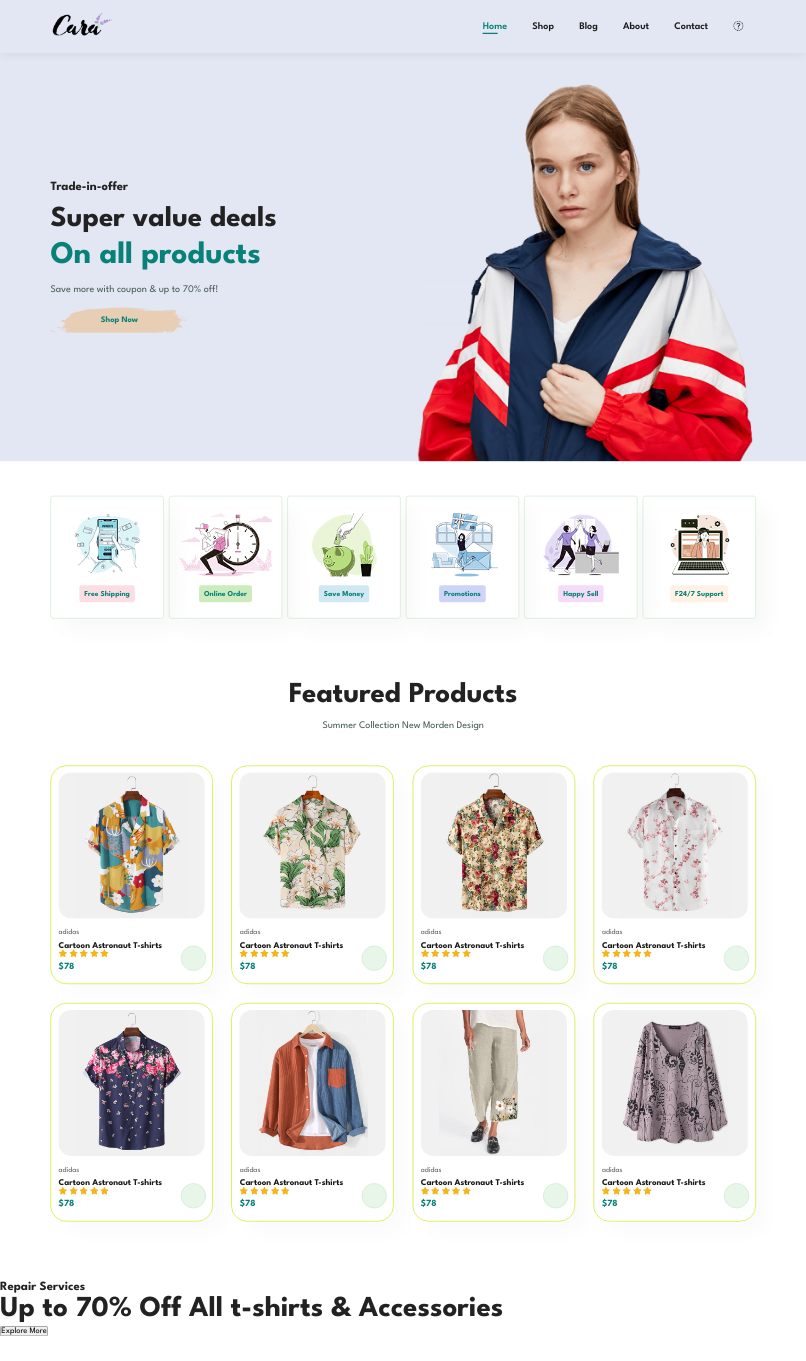
Repository: quy261001/cara
Page: index.html
An editor plug-in stored every save of this project. The page is shown before and after the next save, followed by the edit.
The browser window is 1280 px wide. The pictures show the whole page, at 63% of full size.

Above is the page before, as saved 2022-05-01 19:28:38.

After the next save:
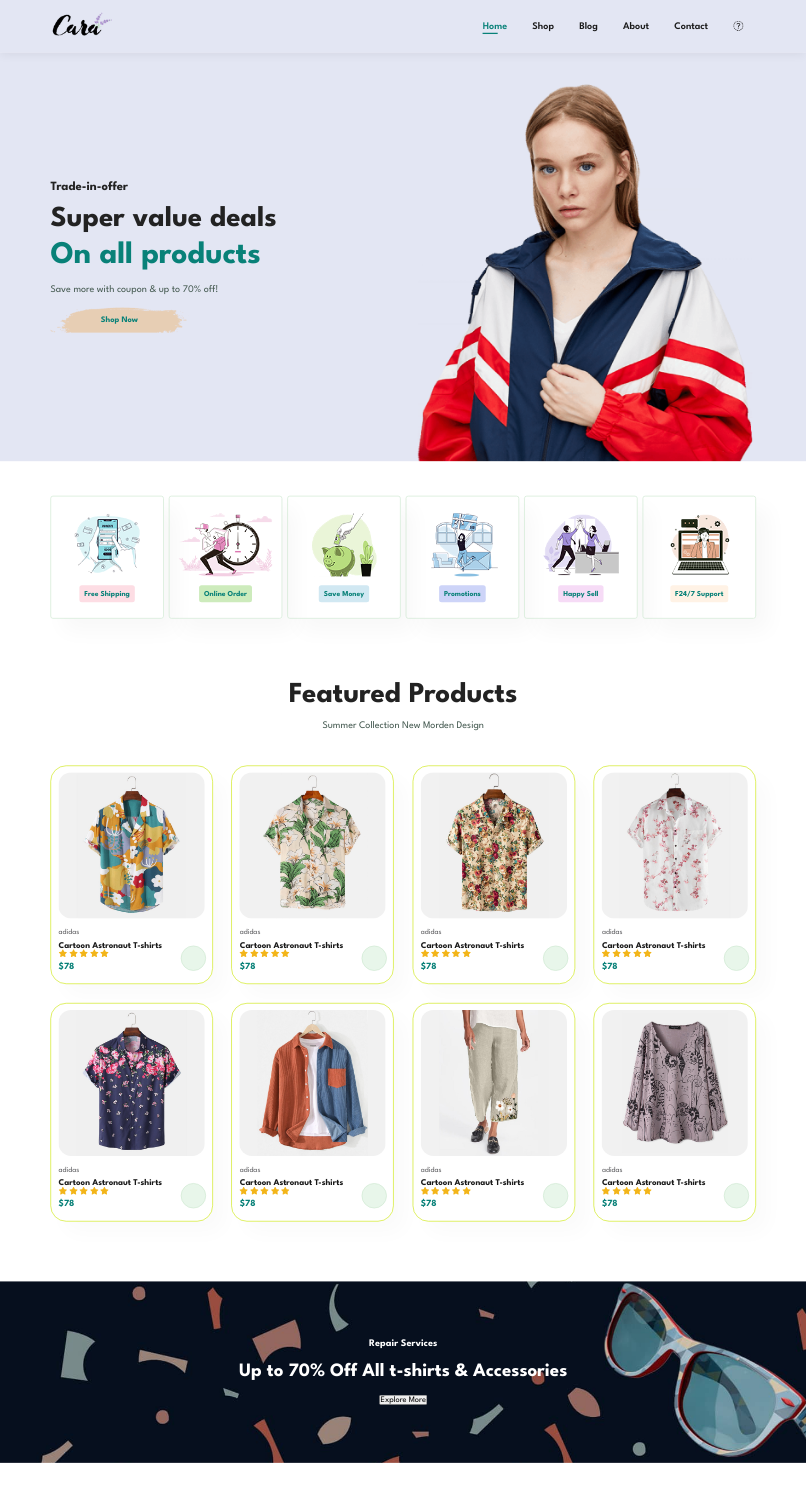
Saved 47 s later.
--- a/style.css
+++ b/style.css
@@ -234,7 +234,7 @@ body {
   right: 10px;
 }
 
-.bander {
+.banner {
   display: flex;
   flex-direction: column;
   justify-content: center;
@@ -245,11 +245,11 @@ body {
   background-size: cover;
   background-position: center;
 }
-.bander h4 {
+.banner h4 {
   color: #fff;
   font-size: 16px;
 }
-.bander h2 {
+.banner h2 {
   color: #fff;
   font-size: 30px;
   padding: 10px 0;
